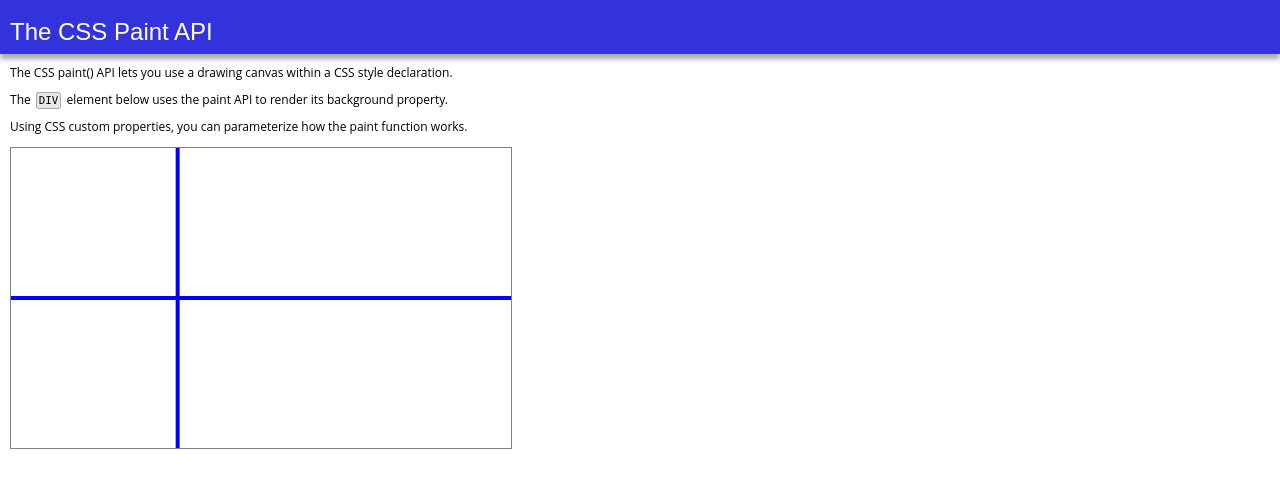
Repository: craig-o-curtis/browser-apis
Page: pages/csspaint.html
The author's editor kept a copy of each file at every save. The page is drawn from the files as they stood at one save, then again after the next save.
The browser window is 1280 px wide. The pictures show the whole page.

Above is the page before, as saved 2020-05-17 17:14:17.

After the next save:
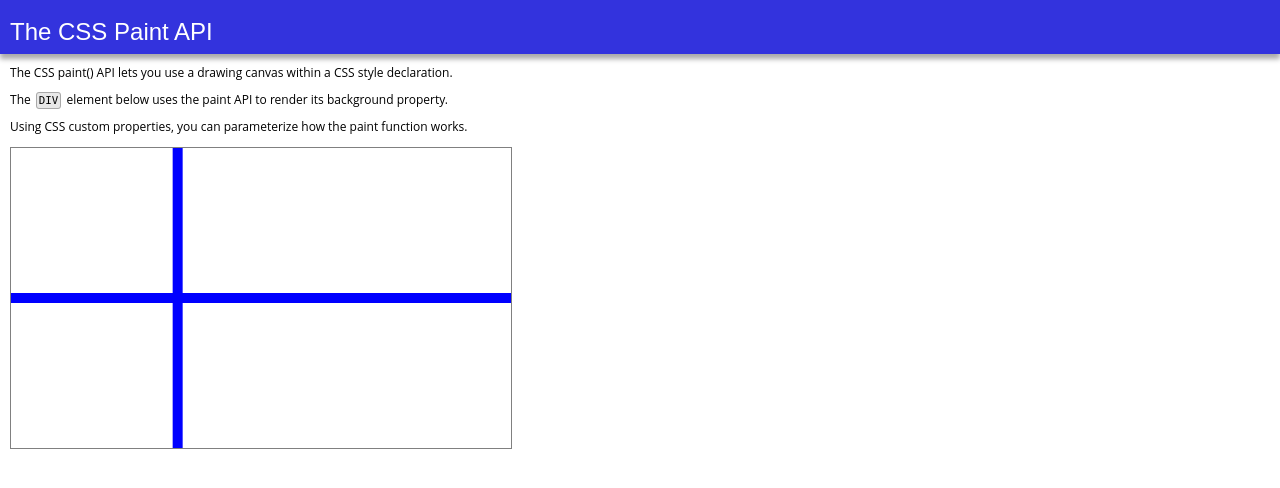
Saved 4 s later.
--- a/pages/csspaint.js
+++ b/pages/csspaint.js
@@ -11,7 +11,7 @@ if (typeof registerPaint !== "undefined") {
       let width = props.get("--cross-thickness");
       let color = props.get("--cross-color").toString();
 
-      ctx.lineWidth = width * 2;
+      ctx.lineWidth = width * 5;
       ctx.strokeStyle = color;
 
       ctx.beginPath();
